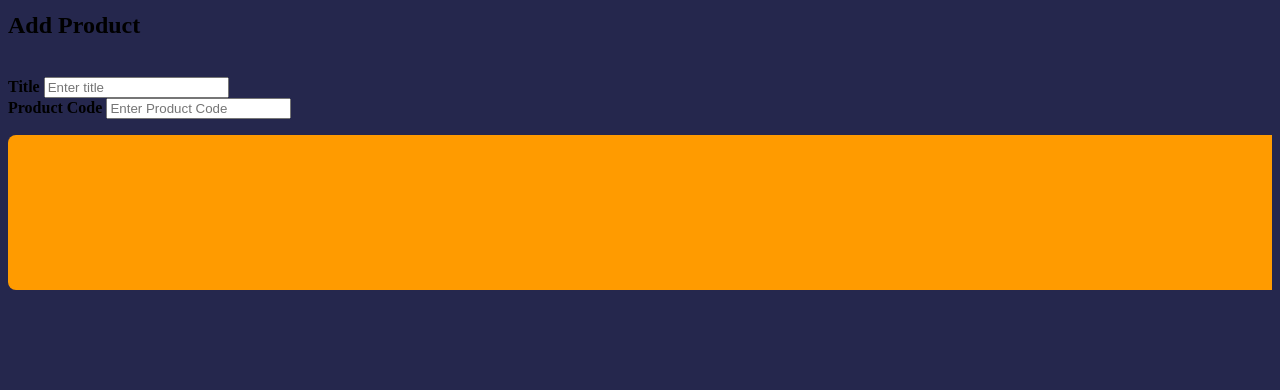
Repository: Abdaljawad-Aya/Laravel
Page: http://localhost/products/create
The author's editor kept a copy of each file at every save. The page is drawn from the files as they stood at one save, then again after the next save.
The browser window is 1280 px wide. The pictures show the whole page.
The page is served by the project's Laravel application, run on PHP 8.4 with Laravel 8.

Above is the page before, as saved 2021-02-22 20:33:52.

After the next save:
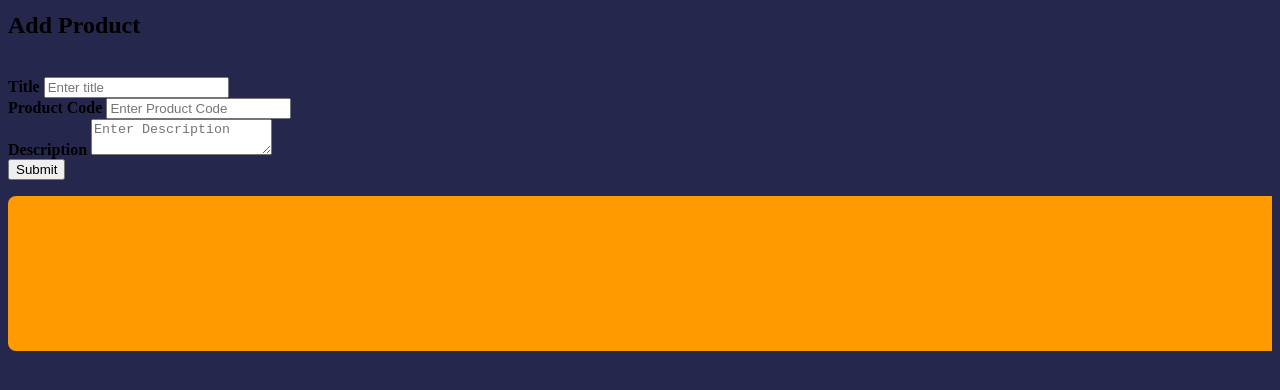
Saved 37 s later.
--- a/adminTheme/resources/views/product/create.blade.php
+++ b/adminTheme/resources/views/product/create.blade.php
@@ -23,5 +23,15 @@ post" name="add_product">
             <span class="text-danger">{{ $errors->first('product_code')}}</span>
         </div>
     </div>
+    <div class="col-md-12">
+        <div class="form-group">
+        <strong>Description</strong>
+        <textarea class="form-control" col="4" name="description" placeholder="Enter Description"></textarea>
+        <span class="text-danger">{{ $errors->first('description') }}</span>
+        </div>
+        </div>
+        <div class="col-md-12">
+        <button type="submit" class="btn btn-primary">Submit</button>
+        </div>
 </div>
 </form>
